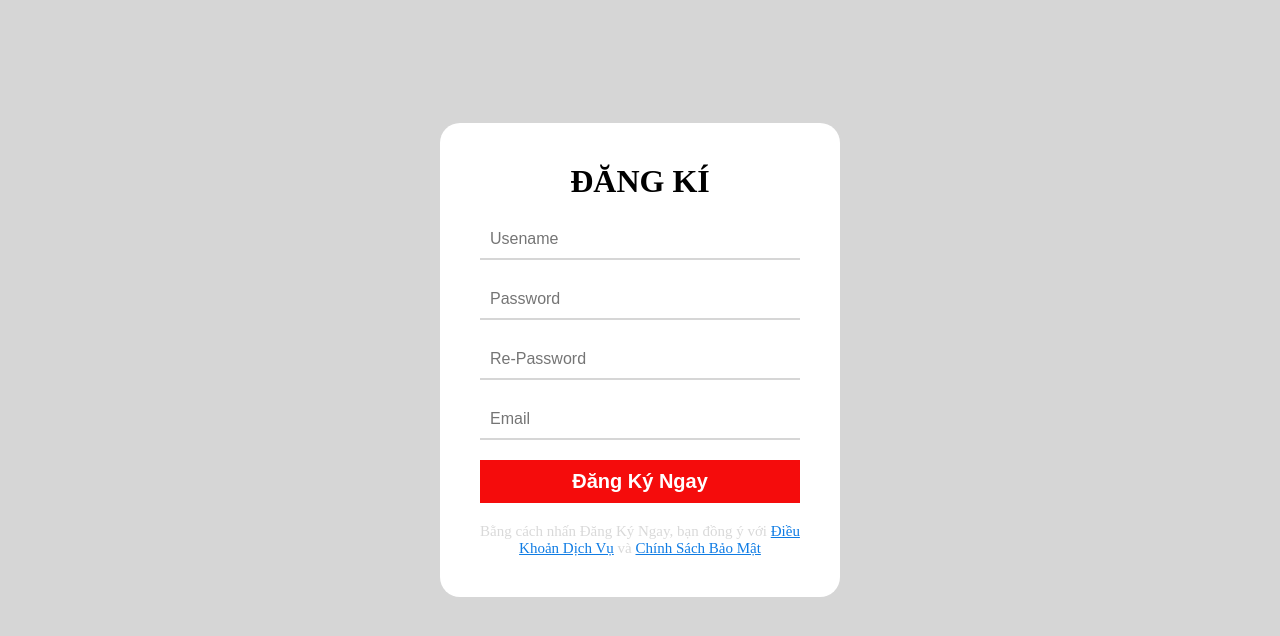
Repository: phanngocson0407/doan
Page: HTML/dangki.html
These files come from the project's save history. The page is drawn as it stood at one moment and after the next save; the edit follows.
The browser window is 1280 px wide. The pictures show the whole page.

Above is the page before, as saved 2022-10-01 14:40:59.
Not found: app.js

### HTML/dangki.html
<!DOCTYPE html>
<html lang="en">
  <head>
    <meta charset="UTF-8" />
    <meta http-equiv="X-UA-Compatible" content="IE=edge" />
    <meta name="viewport" content="width=device-width, initial-scale=1.0" />
    <title>Document</title>
    <link rel="stylesheet" href="/CSS/dangki.css" />
  </head>
  <body>
    <div id="container">
      <div class="name_form">
        <h1>ĐĂNG KÍ</h1>
      </div>
      <div id="form_dangki">
        <form action="controler/dangki_controller.php" method="post">
          <input type="text" placeholder="Usename" class="margin-top20" />
          <input type="text" placeholder="Password" class="margin-top20" />
          <input type="text" placeholder="Re-Password" class="margin-top20" />
          <input type="email" placeholder="Email" class="margin-top20" />
          <button type="submit" class="margin-top20">Đăng Ký Ngay</button>
        </form>
      </div>
      <div class="other margin-top20">
        <p id="rules">
          Bằng cách nhấn Đăng Ký Ngay, bạn đồng ý với
          <span><a href="">Điều Khoản Dịch Vụ</a></span> và
          <span><a href="">Chính Sách Bảo Mật</a></span>
        </p>
      </div>
    </div>
    <script src="/app.js"></script>
  </body>
</html>

### CSS/dangki.css
* {
  margin: 0;
  padding: 0;
  box-sizing: border-box;
}
body {
  background-color: #cccc;
  display: flex;
  justify-content: center;
  align-items: center;
  height: 100vh;
}
.margin-top20 {
  margin-top: 20px;
}
#container {
  width: 400px;
  background-color: #fff;
  padding: 40px;
  border-radius: 20px;
}
.name_form {
  text-align: center;
}
#form_dangki input {
  width: 100%;
  padding: 10px;
  font-size: 16px;
  border: none;
  outline: none;
  border-bottom: 2px solid #cccc;
}
#form_dangki button {
  width: 100%;
  padding: 10px;
  font-size: 20px;
  border: none;
  cursor: pointer;
  background-color: #f50c0c;
  color: #fff;
  font-weight: 700;
}
#rules {
  font-size: 15px;
  text-align: center;
  color: #d9d9d9;
}
#rules span a {
  color: #0f7ce4;
}

After the next save:
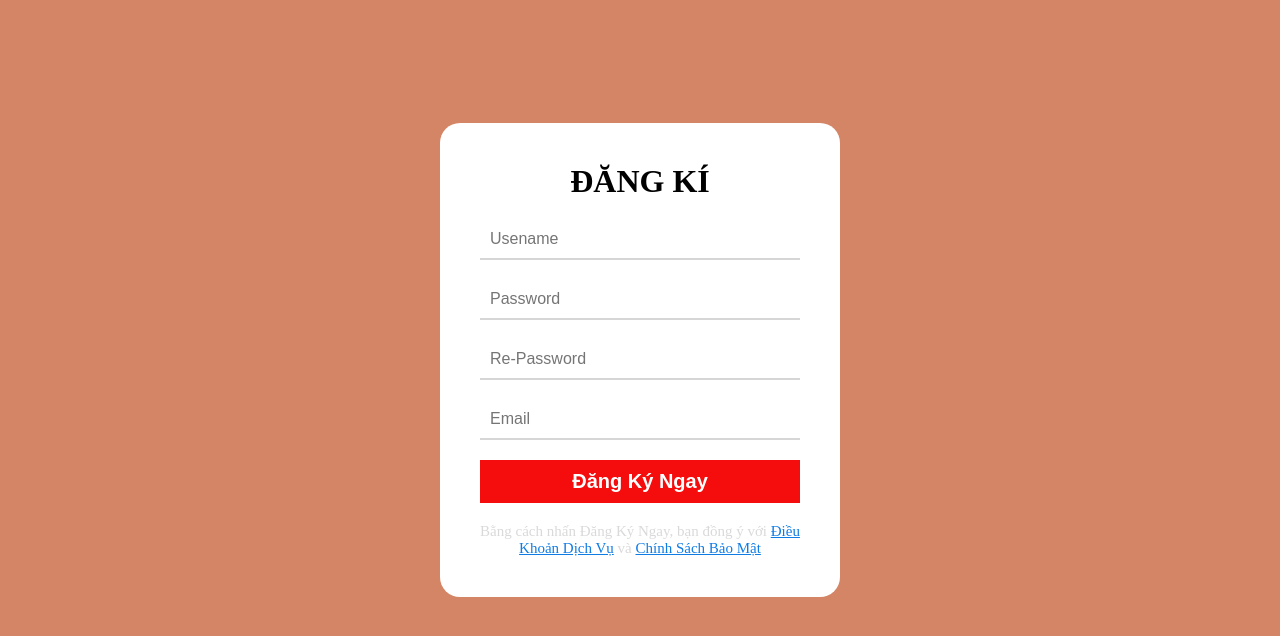
Saved 6 min 40 s later.
--- a/CSS/dangki.css
+++ b/CSS/dangki.css
@@ -4,7 +4,7 @@
   box-sizing: border-box;
 }
 body {
-  background-color: #cccc;
+  background-color: #d38566;
   display: flex;
   justify-content: center;
   align-items: center;
